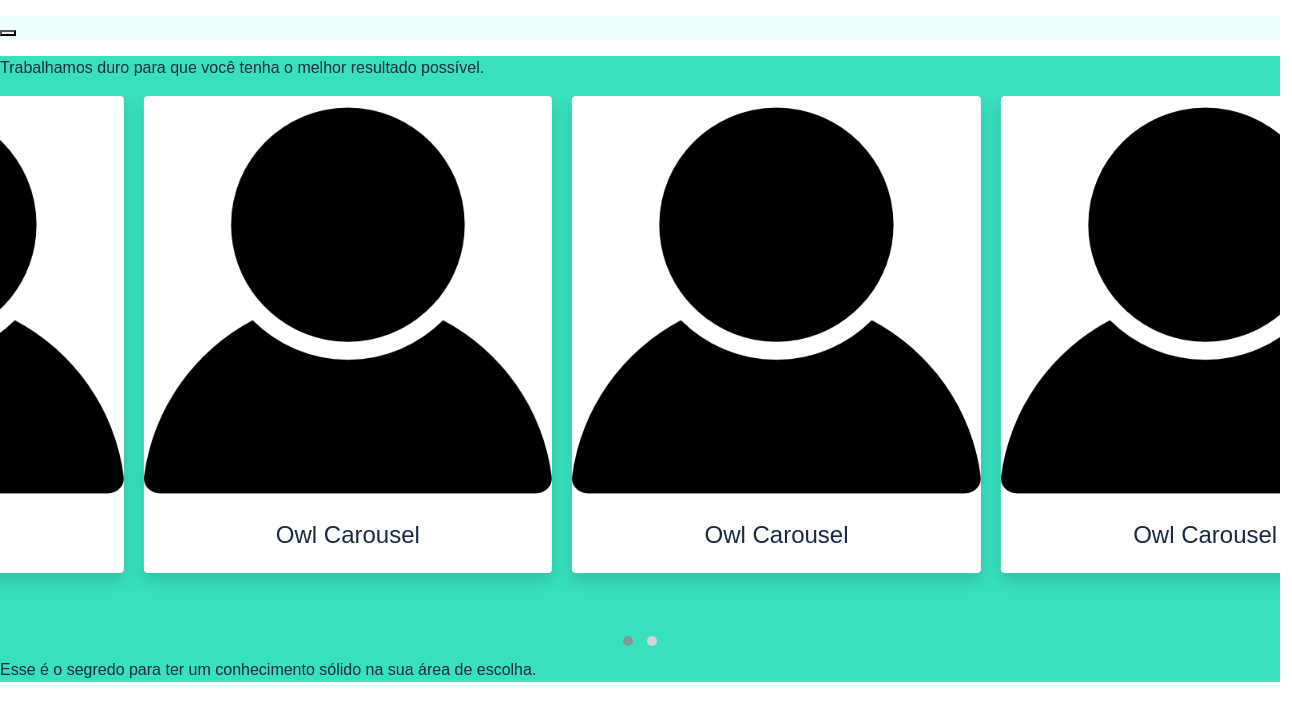
Repository: MarTech-Coders-Planejamento/site-oficial
Page: home.html
An editor plug-in stored every save of this project. The page is shown before and after the next save, followed by the edit.
The browser window is 1280 px wide. The page is 1292 px wide, so the pictures cover 1292 px, including what lies to the right of the window. The pictures show the whole page.
Some web fonts or font styles are not loaded; a fallback is used.

Above is the page before, as saved 2021-10-22 19:07:51.

After the next save:
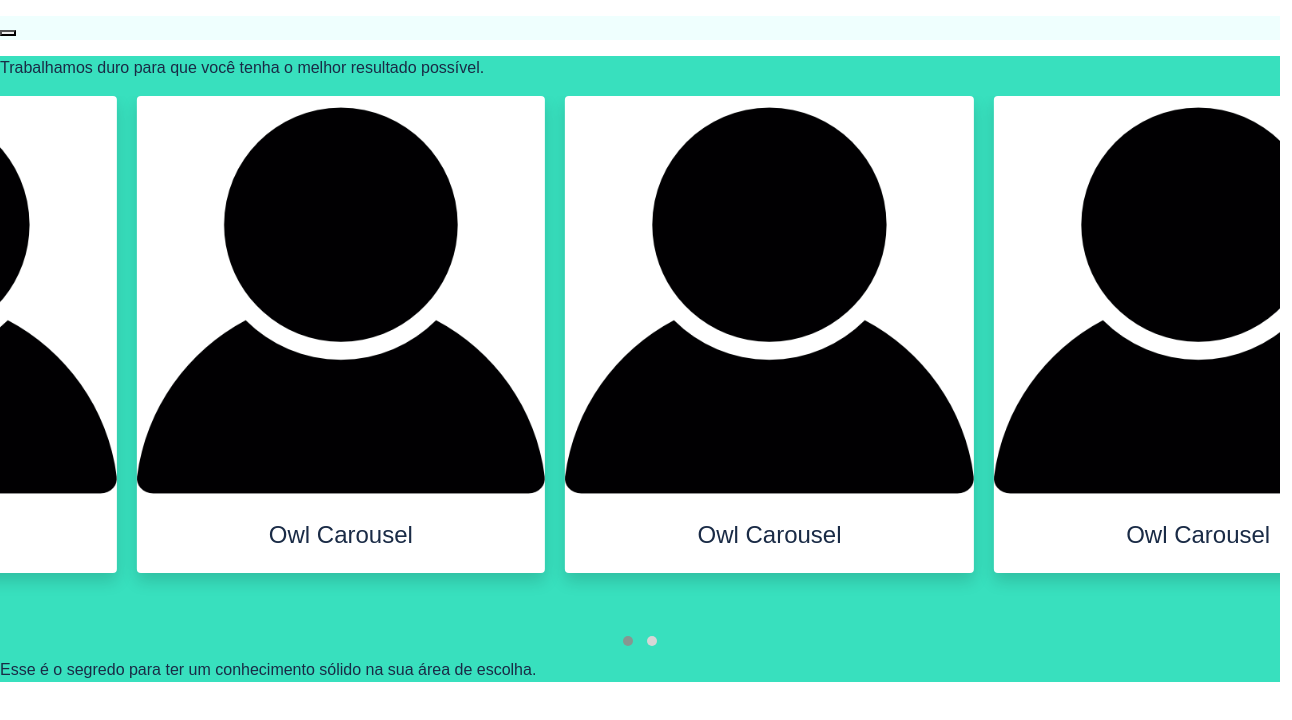
Saved 14 s later.
--- a/css/home.css
+++ b/css/home.css
@@ -28,5 +28,5 @@
 }
 
 .owl-stage{
-  padding: 0;
+  padding: 0 !important;
 }
